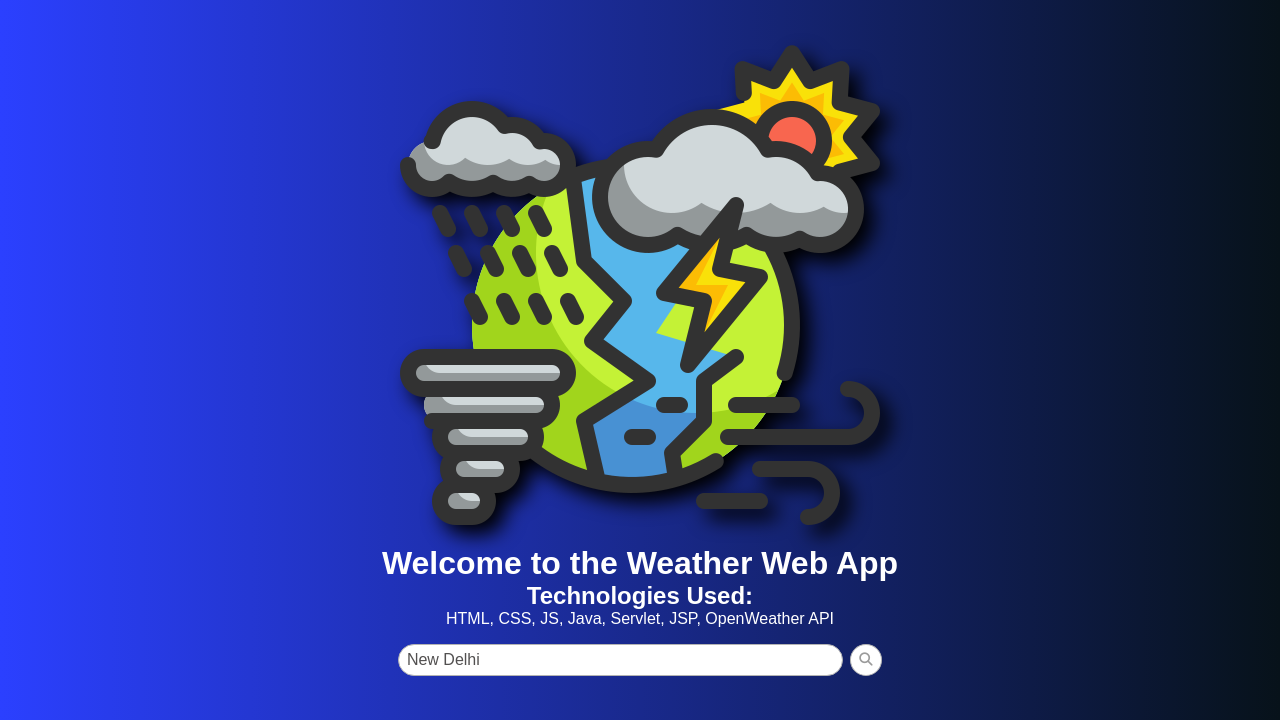
Repository: yashgajananshete/Weather-APP
Page: WeatherApp/build/classes/MyPackage/webapp/index.html
An editor plug-in stored every save of this project. The page is shown before and after the next save, followed by the edit.
The browser window is 1280 px wide. The pictures show the whole page.

Above is the page before, as saved 2023-12-26 22:47:02.

After the next save:
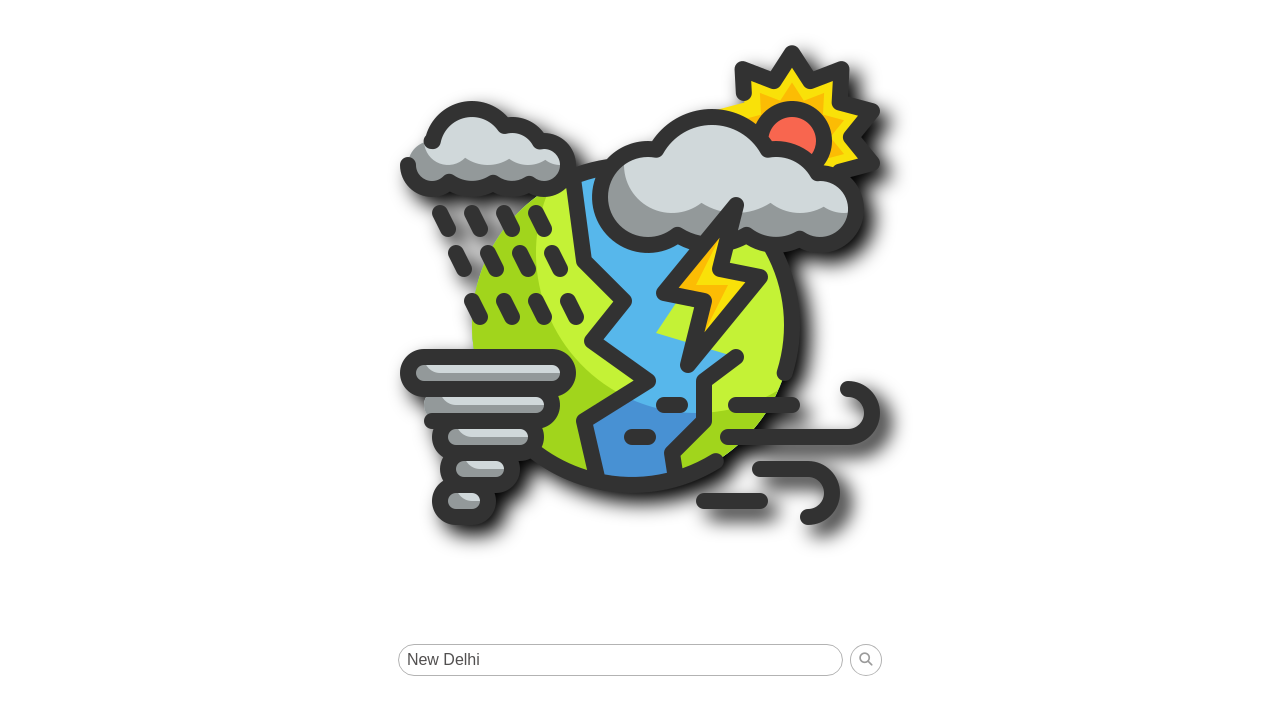
Saved 6 min 7 s later.
--- a/WeatherApp/build/classes/MyPackage/webapp/style.css
+++ b/WeatherApp/build/classes/MyPackage/webapp/style.css
@@ -12,7 +12,7 @@
   height: 100vh;
   align-items: center;
   justify-content: center;
-  background: linear-gradient(to right,  #2b40ff,#07121a);
+  background: background-image: linear-gradient(to bottom, #b38d8d, #d18c7f, #e68f67, #f09847, #eba712);
 }
 
 .mainContainer {

After the save that followed:
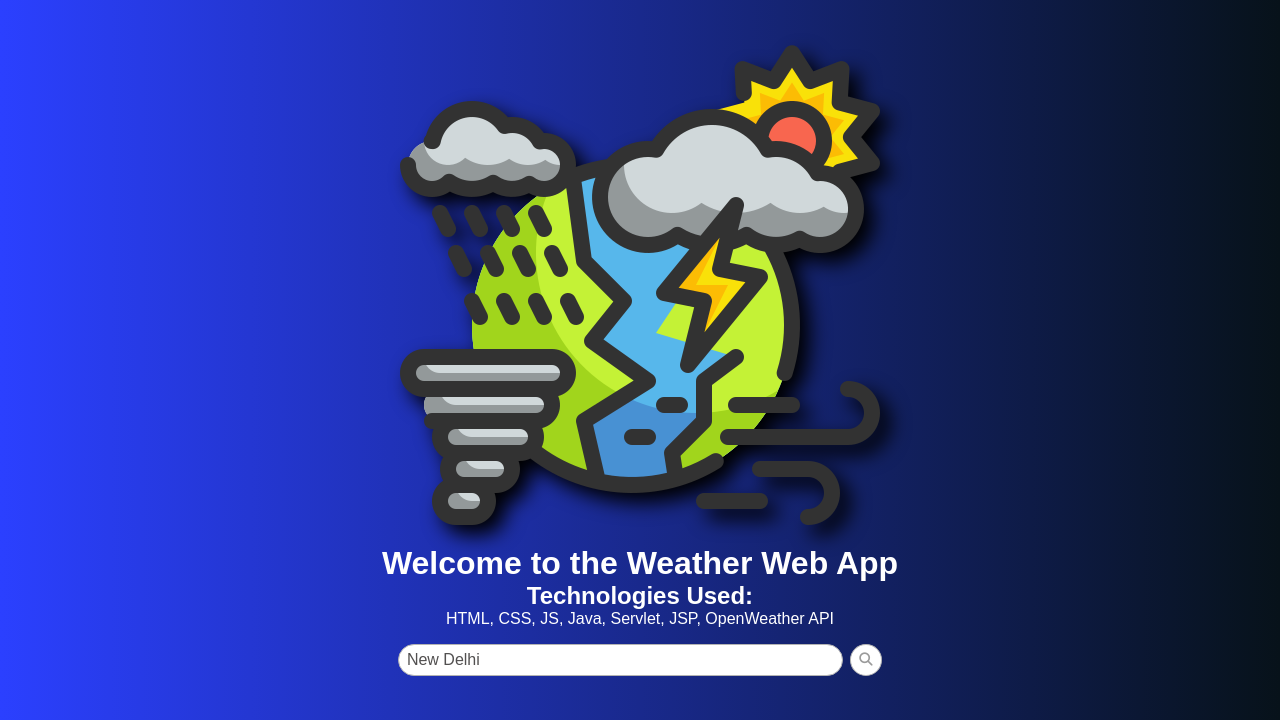
Saved 27 s later.
--- a/WeatherApp/build/classes/MyPackage/webapp/style.css
+++ b/WeatherApp/build/classes/MyPackage/webapp/style.css
@@ -12,7 +12,7 @@
   height: 100vh;
   align-items: center;
   justify-content: center;
-  background: background-image: linear-gradient(to bottom, #b38d8d, #d18c7f, #e68f67, #f09847, #eba712);
+  background: linear-gradient(to right,  #2b40ff,#07121a);
 }
 
 .mainContainer {
